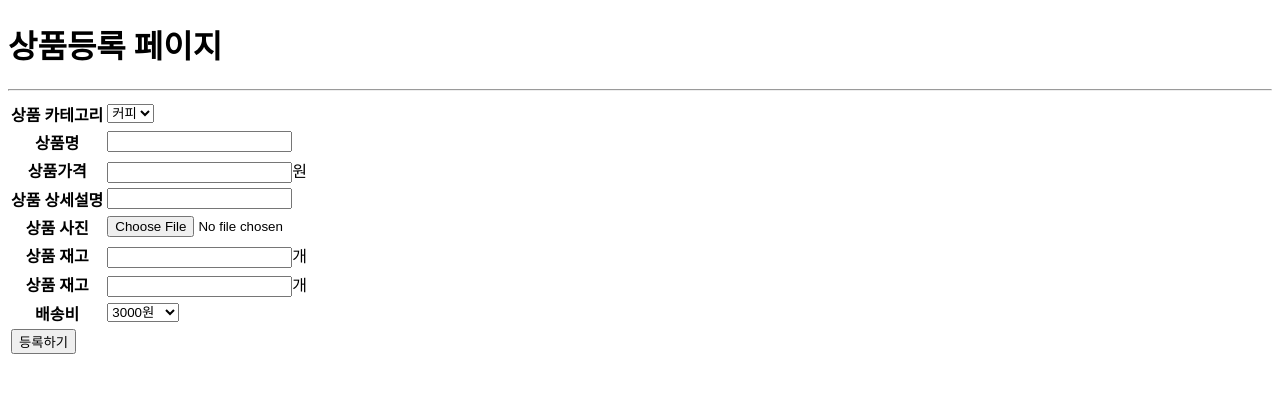
Repository: HJK0000/shoppingMallPrj
Page: http://localhost/shoppingMall/WEB-INF/views/admin/productRegistForm.jsp
The author's editor kept a copy of each file at every save. The page is drawn from the files as they stood at one save, then again after the next save.
The browser window is 1280 px wide. The pictures show the whole page.
The page is served by Tomcat 10. Nobody is signed in. Other server files are loaded and not shown. The template is opened directly, without the code that normally fills it, so the values that code supplies are empty.

Above is the page before, as saved 2024-05-29 06:46:24.

### shoppingMall/src/main/webapp/WEB-INF/views/admin/productRegistForm.jsp
<%@ page language="java" contentType="text/html; charset=UTF-8"
	pageEncoding="UTF-8"%>
<%@ taglib prefix="c" uri="http://java.sun.com/jsp/jstl/core"%>
<!DOCTYPE html>
<html lang="en">
<head>
<meta charset="UTF-8">
<meta name="viewport" content="width=device-width, initial-scale=1.0">
<title>상품등록 페이지</title>
<script src="https://code.jquery.com/jquery-3.7.1.js"
	integrity="sha256-eKhayi8LEQwp4NKxN+CfCh+3qOVUtJn3QNZ0TciWLP4="
	crossorigin="anonymous"></script>
<style>
</style>
</head>
<body>
	<h1>상품등록 페이지</h1>
	<hr>

	<form action="/admin/regist" name="frm" method="post"
		enctype="multipart/form-data">
		<table board="1">
			<tr>
				<th>상품 카테고리</th>
				<td><select id="sortOptions" name="pcategory"><option
							value="커피">커피</option></select></td>
			</tr>
			<tr>
				<th>상품명</th>
				<td><input type="text" name="pname" required="required"></td>
			</tr>
			<tr>
				<th>상품가격</th>
				<td><input type="text" name="pprice" required="required">원</td>
			</tr>
			<tr>
				<th>상품 상세설명</th>
				<td><input type="text" name="pinfo" required="required"></td>
			</tr>
			<tr>
				<th>상품 사진</th>
				<td><input type="file" name="file"></td>
			</tr>
			<tr>
				<th>상품 재고</th>
				<td><input type="text" name="ptotalcount" required="required">개</td>
			</tr>
			<tr>
				<th>상품 재고</th>
				<td><input type="text" name="ptotalcount" required="required">개</td>
			</tr>
			<tr>
				<th>배송비</th>
				<td><select id="sortOptions" name="pdelievery"><option
							value="3000원">3000원</option>
						<option value="무료배송">무료배송</option></select></td>
			</tr>
			<tr>
				<td><input type="submit" value="등록하기" onclick="submitForm()" /></td>
			</tr>
		</table>
	</form>
	<div id="demo"></div>
	<!-- 	<script>
		function submitForm() {
			alert("submit....");
			var form = document.forms['frm'];
			var formData = new FormData(form);

			$.ajax({

				type : "post",
				enctype : "multipart/form-data",
				url : '/admin/regist',
				data : formData,
				dataType : 'json',
				processData : false,
				contentType : false,
				cache : false,
				success : function(data) {

					console.log("success : ", data);

				},
				error : function(e) {

					console.log("error : ", e);

				}

			});
		}
	</script>  -->
</body>
</html>

After the next save:
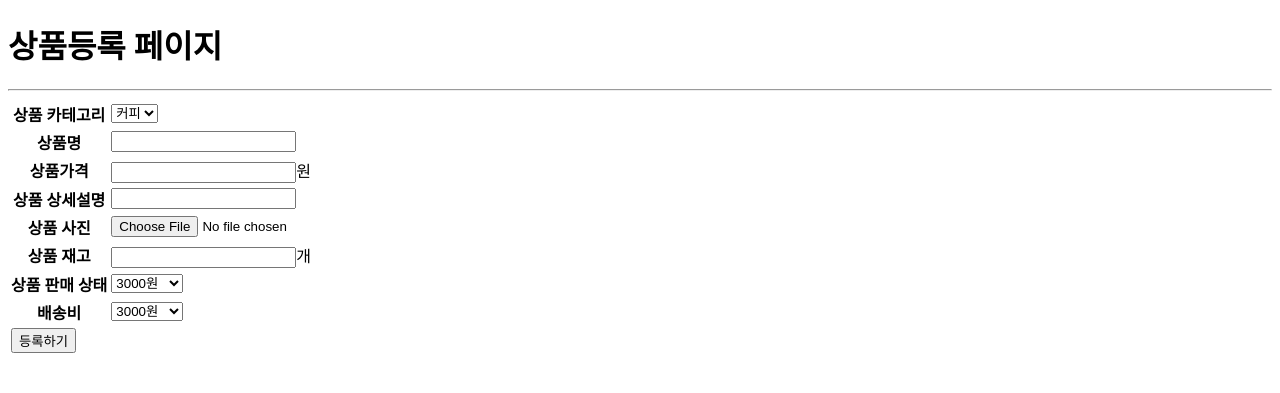
Saved 16 s later.
--- a/shoppingMall/src/main/webapp/WEB-INF/views/admin/productRegistForm.jsp
+++ b/shoppingMall/src/main/webapp/WEB-INF/views/admin/productRegistForm.jsp
@@ -46,8 +46,10 @@
 				<td><input type="text" name="ptotalcount" required="required">개</td>
 			</tr>
 			<tr>
-				<th>상품 재고</th>
-				<td><input type="text" name="ptotalcount" required="required">개</td>
+				<th>상품 판매 상태</th>
+				<td><select id="sortOptions" name="pdelievery"><option
+							value="3000원">3000원</option>
+						<option value="무료배송">무료배송</option></select></td>
 			</tr>
 			<tr>
 				<th>배송비</th>
